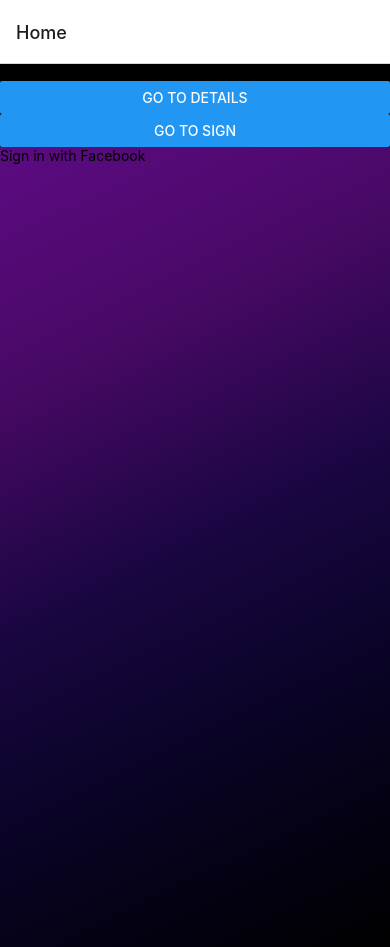
Repository: eyebone/barManager
Screen: /
An editor plug-in stored every save of this project. The screen is shown before and after the next save, followed by the edit.
The app was drawn by React Native's web renderer in a window 390 px wide. The project was rebuilt for these pictures with package versions that can differ from the ones it lists, and the page was loaded fresh each time. Some packages were replaced by stand-ins written for this rebuild. Also part of the build but not shown: components/EmojiPicker.js, components/Button.js, components/ImageViewer.js, components/circleButton.js, components/IconButton.js, view/ViewOne.js, view/Sign.js.

Above is the screen before, as saved 2023-06-26 14:02:31.

### App.js
// In App.js in a new project

import * as React from "react";
import { Button, View, Text, StyleSheet } from "react-native";
// import React-native from 'react-native';
import { NavigationContainer } from "@react-navigation/native";
import { createNativeStackNavigator } from "@react-navigation/native-stack";
import { ViewOne } from "./view/ViewOne";
import { SignView } from "./view/Sign";
import { LinearGradient } from "expo-linear-gradient";
function HomeScreen({ navigation }) {
  return (
    <View style={styles.container}>
      <Text>Home Screen</Text>
      <Button
        title="Go to Details"
        onPress={() => navigation.navigate("test")}
      />
      <Button title="Go to Sign" onPress={() => navigation.navigate("sign")} />
      <LinearGradient
        start={{ x: 0, y: 0 }}
        end={{ x: 1, y: 1 }}
        colors={["#5c0b82", "#480965", "#190641", "#070320", "#000000"]}
        style={styles.linearGradient}
      >
        <Text style={styles.buttonText}>Sign in with Facebook</Text>
      </LinearGradient>
    </View>
  );
}

const Stack = createNativeStackNavigator();

function App() {
  return (
    <NavigationContainer style={styles.container}>
      <Stack.Navigator>
        <Stack.Screen name="Home" component={HomeScreen} />
        <Stack.Screen name="test" component={ViewOne} />
        <Stack.Screen name="sign" component={SignView} />
      </Stack.Navigator>
    </NavigationContainer>
  );
}

export default App;

const styles = StyleSheet.create({
  container: {
    flex: 1,
    flexDirection: "column",
    backgroundColor: "#000000",
    //    alignItems: 'center',
  },
  linearGradient: {
    height: 800,
  },
});

After the next save:
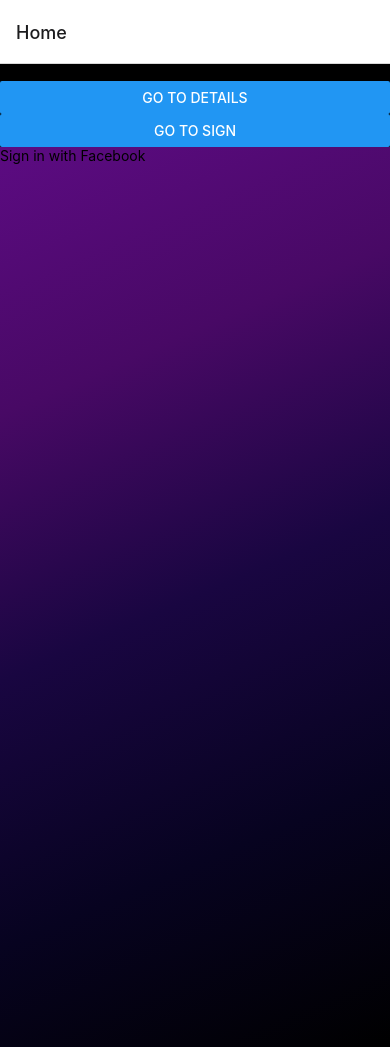
Saved 4 s later.
--- a/App.js
+++ b/App.js
@@ -53,6 +53,6 @@ const styles = StyleSheet.create({
     //    alignItems: 'center',
   },
   linearGradient: {
-    height: 800,
+    height: 900,
   },
 });
